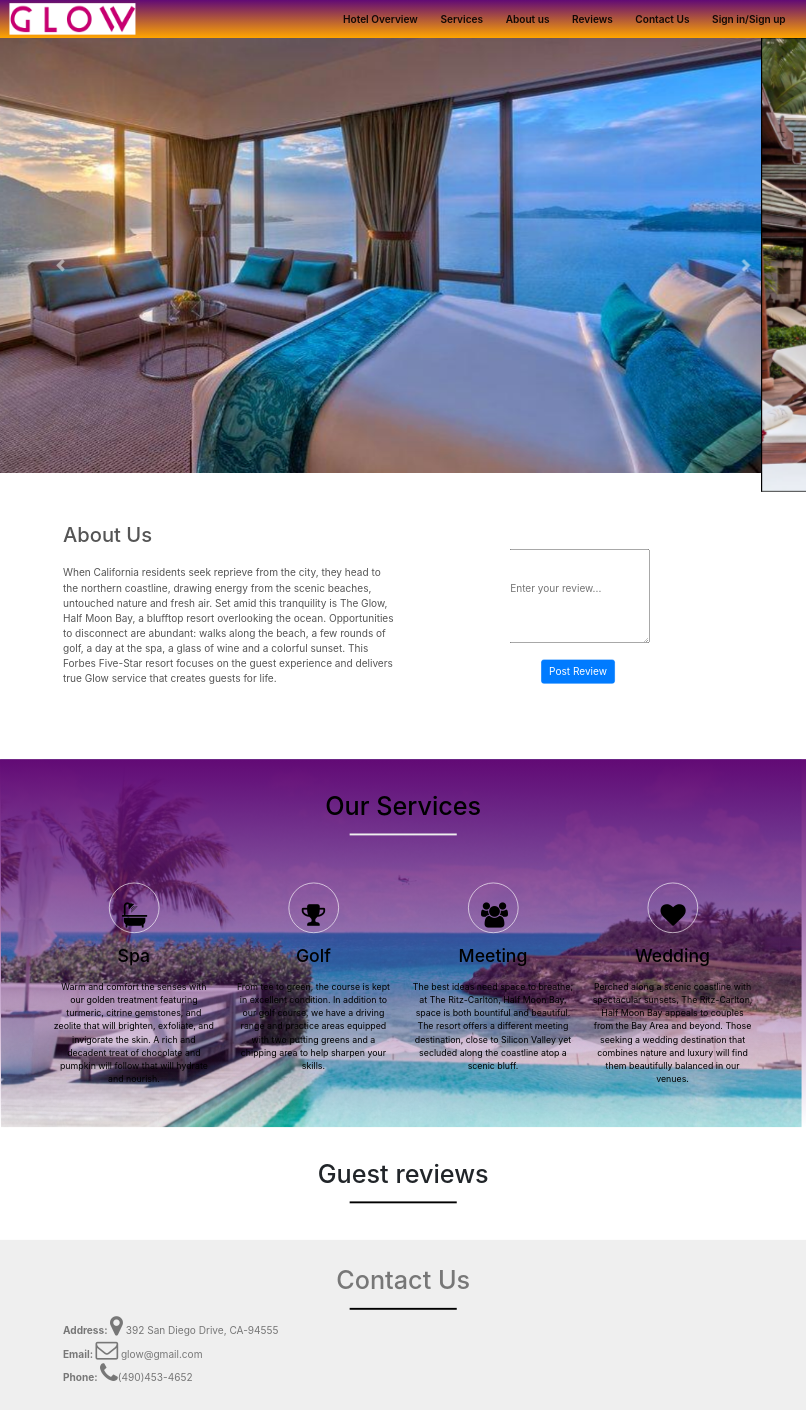
Repository: M-p1998/solo-dojo-project
Page: http://localhost/hotel/WEB-INF/hotel/home.jsp
These files come from the project's save history. The page is drawn as it stood at one moment and after the next save; the edit follows.
The browser window is 1280 px wide. The pictures show the whole page, at 63% of full size.
Backgrounds fixed to the window are drawn as part of the page. Some web libraries are served in a nearby version. The page is served by Tomcat 9. Nobody is signed in. Other server files are loaded and not shown. The template is opened directly, without the code that normally fills it, so the values that code supplies are empty.

Above is the page before, as saved 2022-02-13 20:00:01.

### hotel/src/main/webapp/WEB-INF/hotel/home.jsp
<%@ page language="java" contentType="text/html; charset=UTF-8"
	pageEncoding="UTF-8"%>
<%@ taglib prefix="c" uri="http://java.sun.com/jsp/jstl/core"%>
<%@ taglib prefix="form" uri="http://www.springframework.org/tags/form"%>
<!DOCTYPE html>
<html>
<head>
<meta charset="UTF-8">

<link href="/css/home.css" rel="stylesheet" type="text/css">
<link rel="stylesheet"
	href="https://stackpath.bootstrapcdn.com/bootstrap/4.3.1/css/bootstrap.min.css">
<script src="https://code.jquery.com/jquery-3.2.1.slim.min.js"></script>
<script
	src="https://cdnjs.cloudflare.com/ajax/libs/popper.js/1.12.9/umd/popper.min.js"></script>
<script
	src="https://maxcdn.bootstrapcdn.com/bootstrap/4.0.0/js/bootstrap.min.js"></script>
<link rel="stylesheet"
	href="https://stackpath.bootstrapcdn.com/font-awesome/4.7.0/css/font-awesome.min.css">

<title>Hotel Glow</title>
</head>
<body>

	<section id="nav-bar">
		<nav class="navbar navbar-expand-lg navbar-light">
			<div class="container-fluid">
				<a class="navbar-brand" href="#"><img src="/image/hotelLogo.png"
					width="200" height="50"></a>

				<div class="collapse navbar-collapse" id="navbarNav">
					<ul class="navbar-nav ml-auto">
						<li class="nav-item active "><a class="nav-link" href="#">Hotel
								Overview</a></li>
						<li class="nav-item active "><a class="nav-link"
							href="#services">Services</a></li>
						<li class="nav-item active"><a class="nav-link" href="#about">About
								us</a></li>
						<li class="nav-item active"><a class="nav-link"
							href="#reviews">Reviews</a></li>
						<li class="nav-item active"><a class="nav-link"
							href="#contact">Contact Us</a></li>
						<li class="nav-item active"><a class="nav-link"
							href="/registration">Sign in/Sign up</a></li>
					</ul>
				</div>
			</div>
		</nav>
	</section>

	<div id="slider">
		<div id="headerSlider" class="carousel slide" data-ride="carousel">
			<ol class="carousel-indicators">
				<li data-target="#headerSlider" data-slide-to="0"></li>
				<li data-target="#headerSlider" data-slide-to="1"></li>
				<li data-target="#headerSlider" data-slide-to="2"></li>
			</ol>
			<div class="carousel-inner">
				<div class="carousel-item active">
					<img src="/image/img2.jpg" class="d-block w-100">
				</div>
				<div class="carousel-item">
					<img src="/image/img3.jpg" class="d-block w-100">
				</div>
				<div class="carousel-item">
					<img src="/image/h4.jpg" class="d-block w-100">
				</div>
			</div>
			<a class="carousel-control-prev" role="button" href="#headerSlider"
				data-slide="prev"> <span class="carousel-control-prev-icon"
				aria-hidden="true"></span> <span class="sr-only">Previous</span>
			</a> <a class="carousel-control-next" role="button" href="#headerSlider"
				data-slide="next"> <span class="carousel-control-next-icon"
				aria-hidden="true"></span> <span class="sr-only">Next</span>
			</a>
		</div>
	</div>

	<section id="about">
		<div class="container">
			<div class="d-flex">
				<div class="col-md-6">
					<h2>About Us</h2>
					<div class="about-content">When California residents seek
						reprieve from the city, they head to the northern coastline,
						drawing energy from the scenic beaches, untouched nature and fresh
						air. Set amid this tranquility is The Glow, Half Moon Bay, a
						blufftop resort overlooking the ocean. Opportunities to disconnect
						are abundant: walks along the beach, a few rounds of golf, a day
						at the spa, a glass of wine and a colorful sunset. This Forbes
						Five-Star resort focuses on the guest experience and delivers true
						Glow service that creates guests for life.</div>
				</div>
				<div class="col-md-4 text-center">
					<form:form action="/createReviews" method="post"
						modelAttribute="PostAReview">
						<form:label path="reviews"></form:label>
						<form:errors path="reviews" class="text-danger"
							style="font-size: 20px" />
						<form:textarea class="textarea" placeholder="Enter your review..."
							path="reviews" />
						<a href="/reviews"><button class="reviewBtn btn btn-primary">Post
								Review</button></a>
					</form:form>
				</div>
			</div>
		</div>
	</section>

	<!-- services -->
	<section id="services">
		<div class="container">
			<h1>Our Services</h1>
			<div class="row services">
				<div class="col-md-3 text-center">
					<div class="icon">
						<i class="fa fa-bath"></i>
					</div>
					<h3>Spa</h3>
					<p>Warm and comfort the senses with our golden treatment
						featuring turmeric, citrine gemstones, and zeolite that will
						brighten, exfoliate, and invigorate the skin. A rich and decadent
						treat of chocolate and pumpkin will follow that will hydrate and
						nourish.</p>
				</div>
				<div class="col-md-3 text-center">
					<div class="icon">
						<i class="fa fa-trophy"></i>
					</div>
					<h3>Golf</h3>
					<p>From tee to green, the course is kept in excellent
						condition. In addition to our golf course, we have a driving range
						and practice areas equipped with two putting greens and a chipping
						area to help sharpen your skills.</p>
				</div>
				<div class="col-md-3 text-center">
					<div class="icon">
						<i class="fa fa-users"></i>
					</div>
					<h3>Meeting</h3>
					<p>The best ideas need space to breathe; at The Ritz-Carlton,
						Half Moon Bay, space is both bountiful and beautiful. The resort
						offers a different meeting destination, close to Silicon Valley
						yet secluded along the coastline atop a scenic bluff.</p>
				</div>
				<div class="col-md-3 text-center">
					<div class="icon">
						<i class="fa fa-heart"></i>
					</div>
					<h3>Wedding</h3>
					<p>Perched along a scenic coastline with spectacular sunsets,
						The Ritz-Carlton, Half Moon Bay appeals to couples from the Bay
						Area and beyond. Those seeking a wedding destination that combines
						nature and luxury will find them beautifully balanced in our
						venues. </p>
				</div>
			</div>
		</div>
	</section>

	<section id="reviews">
		<h1>Guest reviews</h1>
		<div class="d-flex">
			<div class="hero">
				<div class="review-box">
					<div id="slide">
						<c:forEach items="${write}" var="review">
							<div class="card">
								<p>${review.reviews}</p>
							</div>
						</c:forEach>
					</div>

					<div class="sidebar">
						<img src="/image/up-arrow.png" id="upArrow"> <img
							src="/image/down-arrow.png" id="downArrow">
					</div>
				</div>


			</div>
		</div>
	</section>

	<section id="contact">
		<div class="container">
			<h1>Contact Us</h1>
			<div class="col-md-6 contact-info">
				<div class="follow">
					<b>Address: </b> <i class="fa fa-map-marker"
						style="font-size: 36px"></i> 392 San Diego Drive, CA-94555
				</div>
				<div class="follow">
					<b>Email: </b> <i class="fa fa-envelope-o" style="font-size: 36px"></i>
					glow@gmail.com
				</div>
				<div class="follow">
					<b>Phone: </b> <i class="fa fa-phone" style="font-size: 36px"></i>(490)453-4652
				</div>
			</div>
		</div>
	</section>

	<script
		src="https://cdnjs.cloudflare.com/ajax/libs/jquery/3.6.0/jquery.min.js"></script>
	<script src="/js/main.js"></script>

	<script>
		var slide = document.getElementById("slide");
		var upArrow = document.getElementById("upArrow");
		var downArrow = document.getElementById("downArrow");

		let x = 0;

		upArrow.onclick = function() {
			if (x > "-4000") {
				x = x - 300;
				slide.style.top = x + "px";
			}
		}

		downArrow.onclick = function() {
			if (x < 0) {
				x = x + 300;
				slide.style.top = x + "px";
			}
		}
	</script>

</body>
</html>

### hotel/src/main/webapp/css/home.css
@charset "UTF-8";

*{
	margin: 0;
	padding: 0;


}

body{
	font-family: sans-serif;
}

#nav-bar{
	position: sticky;
	top: 0;
	z-index: 10;

}

.navbar{
	background-image: linear-gradient(rgba(98, 10, 117),  rgba(0,0,255,0));
	padding: 0!important;
	background-color: orange;
}

.navbar-nav li{
	padding: 0 10px;
}

.navbar-nav li a{
	color: black;
	font-weight: 600;
	float: right;
	text-align: left;
}

#nav-bar ul li a:hover{
	color: orange !important;
}

.fa-bars{
	color: #fff;
	font-size: 30px !important;
}

.navbar-toggler{
	outline: none !important;
}

/*-----about --------*/
#about{
	padding-top:50px;
	padding-bottom: 50px;
	color: #555;
}

#about .btn{
	margin-top: 20px;
	margin-bottom: 30px;
}

.about-content{
	padding-top: 20px;

}

/* --- services ----*/
#services{
	background-image: linear-gradient(rgba(98, 10, 117), rgba(0,0,255,0)), url(/image/backimage.jpg);
	background-size: cover;
	background-position: center;
	color: black !important;
	background-attachment: fixed;
	padding-top: 50px;
	padding-bottom: 50px;
}

#services h1{
	text-align: center;
	color: black !important;
	padding-bottom: 10px;
}

#services h1::after{
	content: '';
	background: #efefef;
	display: block;
	height: 3px;
	width: 170px;
	margin: 20px auto 5px;
}

.services{
	margin-top: 40px;
}

.icon{
	font-size: 40px;
	margin: 20px auto;
	padding: 20px;
	height: 80px;
	width: 80px;
	border: 1px solid #fff;
	border-radius: 50%;
}

#services p{
	font-size: 14px;
	margin-top: 20px;
	color: black solid;

}
.services .col-md-3:hover{
	background: pink;
	cursor: pointer;
	transition: 0.7s;
}

#reviews{
	padding-top: 50px;
	padding-bottom: 50px;

}

#reviews h1{
	text-align: center;

}
#reviews h1::after{
	content: '';
	background: Black;
	display: block;
	height: 3px;
	width: 170px;
	margin: 20px auto 5px;
}

#reviews .row{
	margin-top: 30px;

}

.col-md-4{
	margin: 40px auto;
}

.profile{
	padding: 40px 10px 10px;
	background-color: #efefef;
}
.profile h3{
	font-size: 20px;
	margin-top: 15px;
	color: orange;
}

#reviews span{
	font-size: 12px;
	color: #333;
}

blockquote{
	font-size: 16px;
	line-height: 30px;
}
.profile:hover{
	box-shadow: 0 0 15px 5px rgba(0,0,0,0.2);
	cursor: pointer;
	transition: 0.5s;
}

/* contact us  */

#contact h1{
	text-align: center;

}
#contact h1::after{
	content: '';
	background: Black;
	display: block;
	height: 3px;
	width: 170px;
	margin: 20px auto 5px;
}
#contact{
	background: #efefef;
	padding-top: 40px;
	padding-bottom: 40px;
	color: #777;
}


/* q::before{
	content: '\93';
	font-size: 50px;
	color: #007bff;
	position: relative;
	line-height:20px;
	bottom: -15px;
	right: 5px;
}

q::after{
	content: '\94';
	font-size: 50px;
	color: #007bff;
	position: relative;
	line-height:20px;
	bottom: -15px;
	left: 5px;
} */

/* .skills-bar p{
	margin-bottom: 6px;
	font-weight: 600;
}

.progress-bar{
	border-radius: 16px;

}
.progress{
	border-radius: 16px !important;
	margin-bottom: 20px;
} */
/*--------------*/
/* #slider{
	width: 100%;
} */
/* .carousel-caption{
	top: 50%;
	transform: translateY(-50%);
	bottom: initial!important;
} */

### hotel/src/main/webapp/js/main.js

var indexValue= 1;
showImg(indexValue);

function side_slide(e){
	showImg(indexValue += e);
}
function showImg(e){
	var i;
	const img = document.querySelectorAll('img');
	if(e > img.length){
		indexValue = 1
	}
	if(e < 1){
		indexValue = img.length
	}
	for(i = 0; i<img.length; i++){
		img[i].style.display = "none";
	}
	img[indexValue - 1].style.display = "block";
}

After the next save:
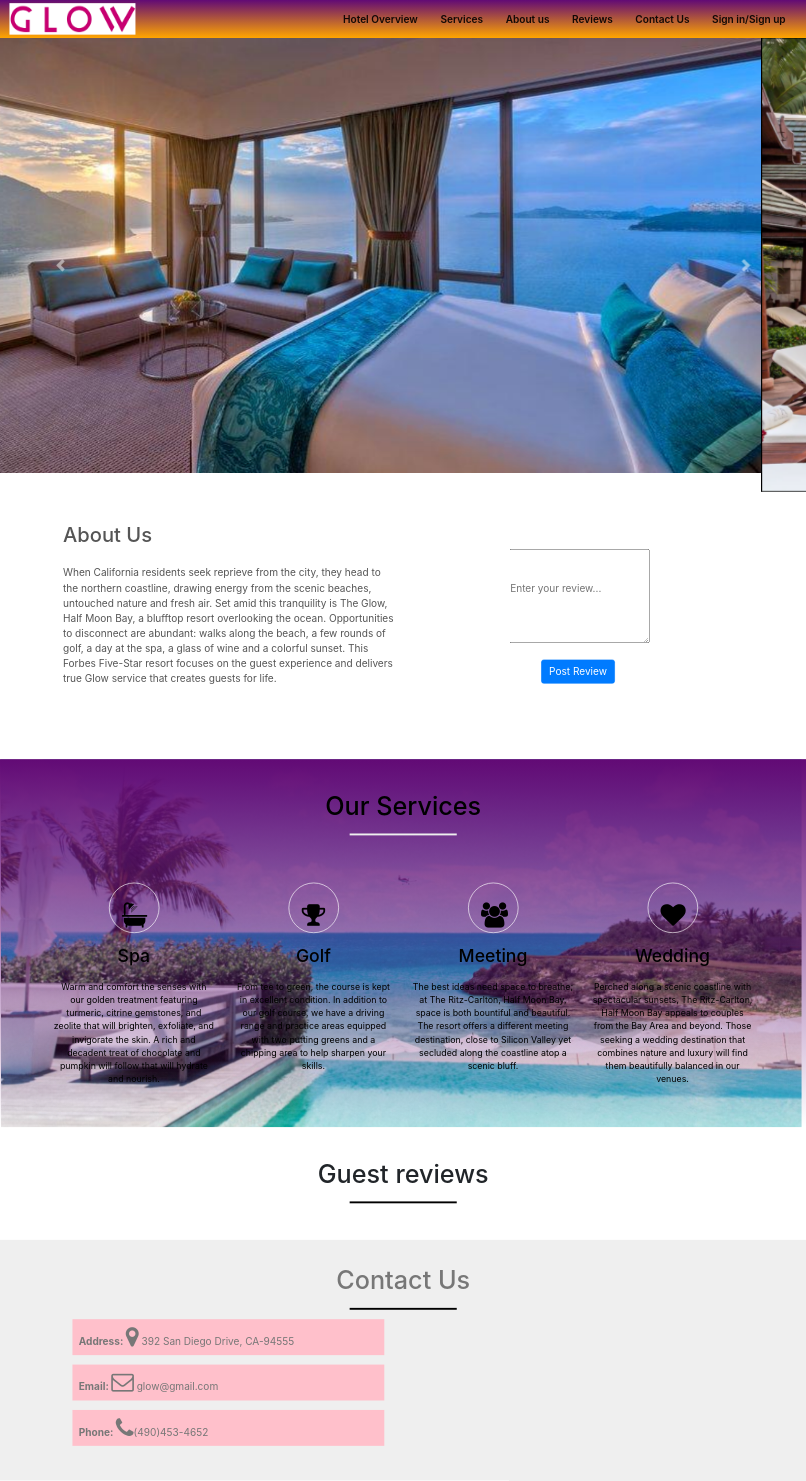
Saved 2 min 51 s later.
--- a/hotel/src/main/webapp/css/home.css
+++ b/hotel/src/main/webapp/css/home.css
@@ -191,6 +191,11 @@ blockquote{
 	color: #777;
 }
 
+.follow{
+	background: pink;
+	padding: 10px;
+	margin: 15px;
+}
 
 /* q::before{
 	content: '\93';
